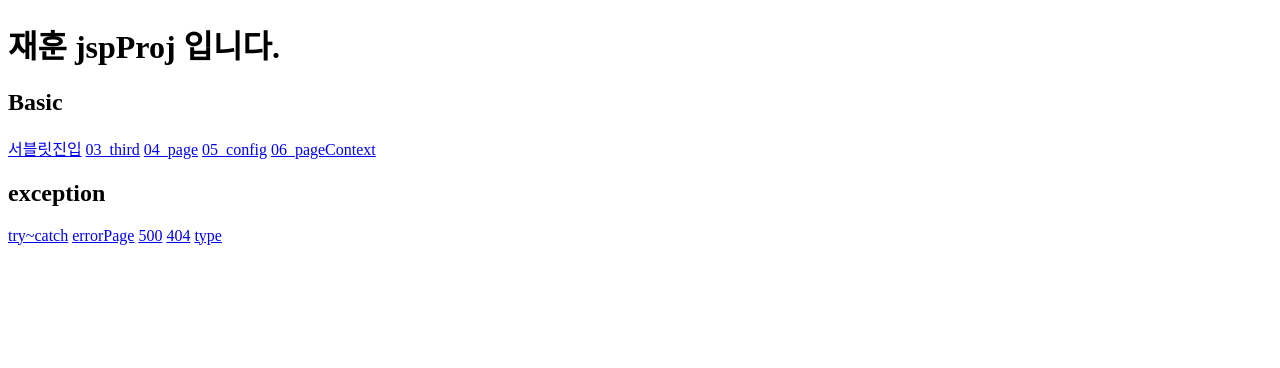
Repository: Jhoon0211/java_work
Page: http://localhost/jspProj/
The author's editor kept a copy of each file at every save. The page is drawn from the files as they stood at one save, then again after the next save.
The browser window is 1280 px wide. The pictures show the whole page.
The page is served by Tomcat 9. Other server files are loaded and not shown.

Above is the page before, as saved 2023-07-26 02:46:52.

### jspProj/src/main/webapp/index.jsp
<%@ page language="java" contentType="text/html; charset=UTF-8"
    pageEncoding="UTF-8"%>
<!DOCTYPE html>
<html>
<head>
<meta charset="UTF-8">
<title>재훈 jspProj 입니다.</title>
</head>
<body>
<h1>재훈 jspProj 입니다.</h1>
<h2>Basic</h2>
<a href="basic/First">서블릿진입</a>
<a href="basic/03_third.jsp">03_third</a>
<a href="basic/04_page.jsp">04_page</a>
<a href="basic/05_config.jsp">05_config</a>
<a href="basic/06_pageContext.jsp">06_pageContext</a>
<h2>exception</h2>
<a href="err/aaa.jsp">try~catch</a>
<a href="err/bbb.jsp">errorPage</a>
<a href="excep/ccc.jsp">500</a>
<a href="excep/ddd.jsp">404</a>
<a href="excep/eee.jsp">type</a>
</body>
</html>

After the next save:
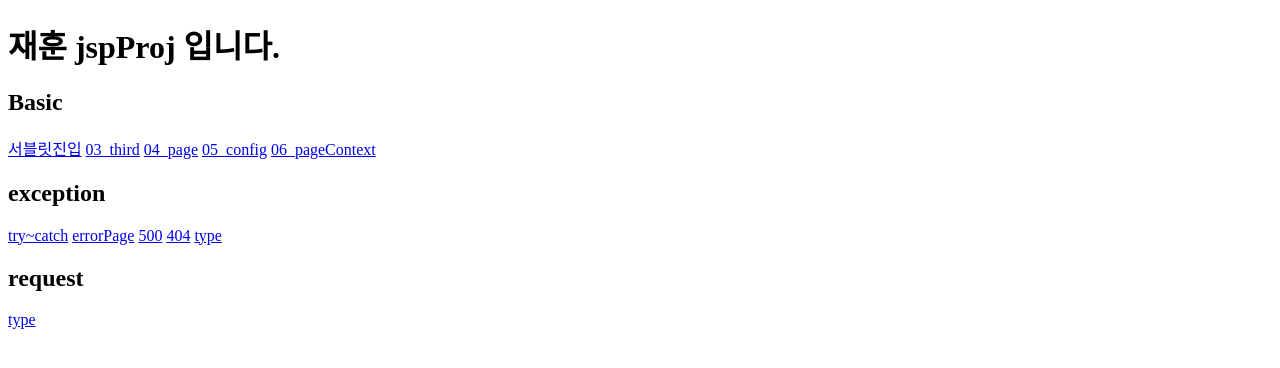
Saved 27 h 53 min later.
--- a/jspProj/src/main/webapp/index.jsp
+++ b/jspProj/src/main/webapp/index.jsp
@@ -21,4 +21,6 @@
 <a href="excep/ddd.jsp">404</a>
 <a href="excep/eee.jsp">type</a>
 </body>
+<h2>request</h2>
+<a href="request/numForm.jsp">type</a>
 </html>
